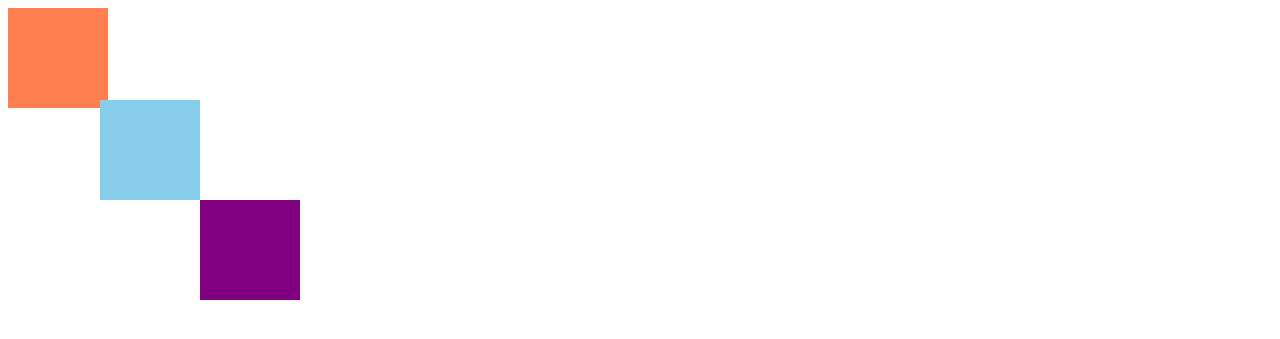
Repository: hminah0215/bitcamp
Page: http://localhost/day0218/exam02/ex11.jsp
An editor plug-in stored every save of this project. The page is shown before and after the next save, followed by the edit.
The browser window is 1280 px wide. The pictures show the whole page.
The page is served by Tomcat 9.

Above is the page before, as saved 2020-02-18 02:38:08.

### save_eclipse/day0218/WebContent/exam02/ex11.jsp
<%@ page language="java" contentType="text/html; charset=UTF-8"
    pageEncoding="UTF-8"%>
<!DOCTYPE html>
<html>
<head>
<meta charset="UTF-8">
<title>Insert title here</title>
<style type="text/css">
	#one{width: 100px; height: 100px; background: coral; z-index: 1;
		 position: absolute; }
	#two{width: 100px; height: 100px; background: skyblue; z-index: 3;
		 position: absolute; left: 100px; top: 100px;}
	#three{width: 100px; height: 100px; background: purple; z-index: 1;
		   position: absolute; left: 200px; top: 200px;}

</style>
</head>
<body>
	<div id="one"></div>
	<div id="two"></div>
	<div id="three"></div>
</body>
</html>

After the next save:
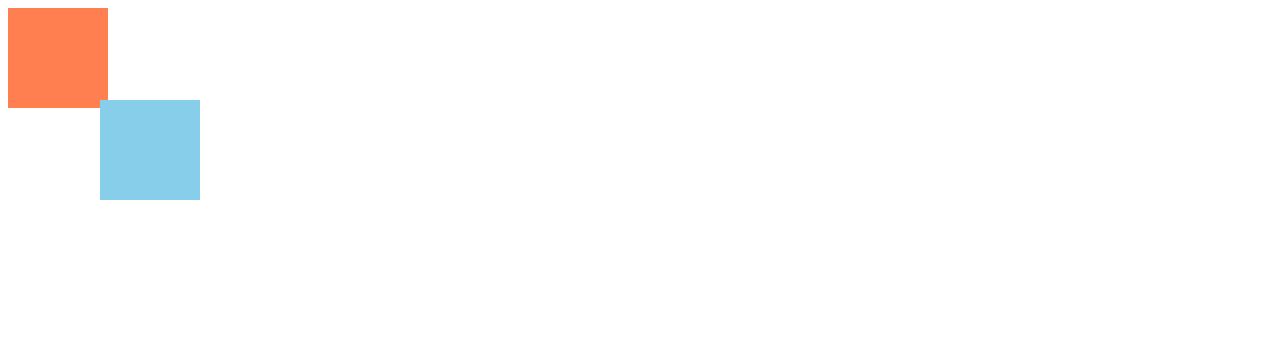
Saved 9 s later.
--- a/save_eclipse/day0218/WebContent/exam02/ex11.jsp
+++ b/save_eclipse/day0218/WebContent/exam02/ex11.jsp
@@ -11,7 +11,7 @@
 	#two{width: 100px; height: 100px; background: skyblue; z-index: 3;
 		 position: absolute; left: 100px; top: 100px;}
 	#three{width: 100px; height: 100px; background: purple; z-index: 1;
-		   position: absolute; left: 200px; top: 200px;}
+		   position: absolute; left: 100px; top: 100px;}
 
 </style>
 </head>
